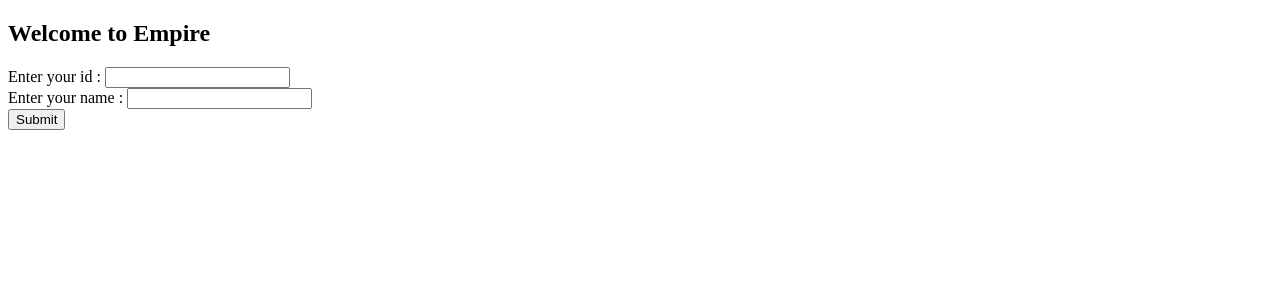
Repository: Charitra-2001/Java-Hibernate-SpringBoot
Page: http://localhost/springmvc/views/index.jsp
These files come from the project's save history. The page is drawn as it stood at one moment and after a run of saves; the edit follows.
The browser window is 1280 px wide. The pictures show the whole page.
The page is served by Tomcat 9. Nobody is signed in. The application's start-up code is not run. Other server files are loaded and not shown.

Above is the page before, as saved 2024-02-08 17:21:06.

### springmvc/src/main/webapp/views/index.jsp
<%@ page language="java" contentType="text/html; charset=UTF-8"
    pageEncoding="UTF-8" isELIgnored="false"%>
<!DOCTYPE html>
<html>
<head>
<meta charset="UTF-8">
<title>Insert title here</title>
</head>
<body>
	<h2>Welcome to Empire</h2>
	<form action="addAlien">
		Enter your id : <input type="text" name="aid"><br>
		Enter your name : <input type="text" name="aname"><br>
		<input type="submit">
	</form>
</body>
</html>

After the next 2 saves:
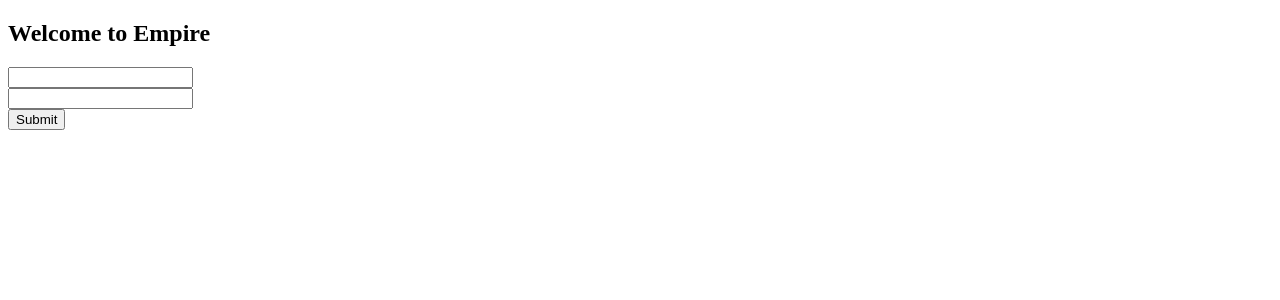
The 2 saves are shown as one change because they came seconds apart.
The last was saved 14 s later.
--- a/springmvc/src/main/webapp/views/index.jsp
+++ b/springmvc/src/main/webapp/views/index.jsp
@@ -1,5 +1,5 @@
 <%@ page language="java" contentType="text/html; charset=UTF-8"
-    pageEncoding="UTF-8" isELIgnored="false"%>
+    pageEncoding="UTF-8"%>
 <!DOCTYPE html>
 <html>
 <head>
@@ -8,9 +8,9 @@
 </head>
 <body>
 	<h2>Welcome to Empire</h2>
-	<form action="addAlien">
-		Enter your id : <input type="text" name="aid"><br>
-		Enter your name : <input type="text" name="aname"><br>
+	<form action="add">
+		<input type="text" name="num1"><br>
+		<input type="text" name="num2"><br>
 		<input type="submit">
 	</form>
 </body>
